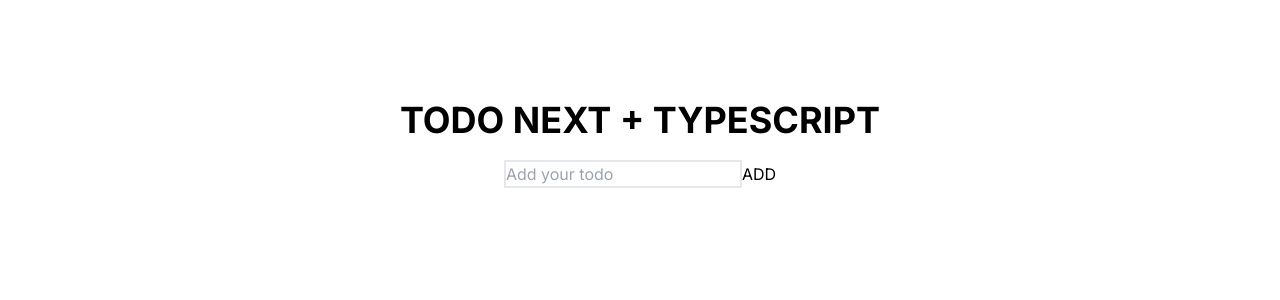
Repository: mehh000/next-ts-todo
Page: /
These files come from the project's save history. The page is drawn as it stood at one moment and after the next save; the edit follows.
The browser window is 1280 px wide. The pictures show the whole page.
The project was rebuilt for these pictures with package versions that can differ from the ones it lists, and the page was loaded fresh each time. The framework's server and built-in components were replaced by stand-ins that run in the browser. Also part of the build but not shown: next.config.mjs.

Above is the page before, as saved 2024-06-15 19:48:58.

### src/app/layout.tsx
import type { Metadata } from "next";
import { Inter } from "next/font/google";
import "./globals.css";
import { TodoProvider } from "./Context/store/add-todos";

const inter = Inter({ subsets: ["latin"] });

export const metadata: Metadata = {
  title: "Create Next App",
  description: "Generated by create next app",
};

export default function RootLayout({
  children,
}: Readonly<{
  children: React.ReactNode;
}>) {
  return (
    <html lang="en">
      <body className={inter.className}>
        <TodoProvider>{children}</TodoProvider>
      </body>
    </html>
  );
}

### src/app/page.tsx
import TODOS from "@/components/TODOS";
import AddTODO from "@/components/add-todo";
import React from "react";

const Page = () => {
  return (
    <main className="flex items-center flex-col mt-[100px] gap-5 " >
      <h2 className=" font-bold text-4xl  ">TODO NEXT + TYPESCRIPT</h2>
      <AddTODO />
      <TODOS />
    </main>
  );
};

export default Page;

### src/app/Context/store/add-todos.tsx
'use client'


import { ReactNode, createContext, useContext, useState } from "react";

export type Todo = {
  id: string;
  task: string;
  completed: boolean;
  createdAt: Date;
};

type TodosContextType = {
  todos: Todo[];
  handleAddTodo: (task: string) => void;
  toggleTodosCompleted: (id: string) => void;
  handleTodoClicke: (id: string) => void;
};

//i made the context now need tp make the Provider
export const todosContext = createContext<TodosContextType | undefined>(
  undefined
);

//this is the  provider

export const TodoProvider = ({children}: { children: ReactNode }) => {
  const [todos, setTodos] = useState<Todo[]>([]);

  const handleAddTodo = (task: string) => {
    const newTodo: Todo = {
      id: Math.random().toString(),
      task,
      completed: false,
      createdAt: new Date(),
    };
    setTodos((prevTodos) => [newTodo, ...prevTodos]);
  };


  const toggleTodosCompleted = (id: string) => {
    setTodos((prevTodos) =>
      prevTodos.map((todo) =>
        todo.id === id ? { ...todo, completed: !todo.completed } : todo
      )
    );
  };

  const handleTodoClicke = (id: string) => {
    setTodos((prevTodos) => prevTodos.filter((todo) => todo.id !== id));
  };

  return (
    <todosContext.Provider value={{
      todos,
     handleAddTodo,
     toggleTodosCompleted,
     handleTodoClicke,
      }}>
      {children}
    </todosContext.Provider>
  );
};
export const useTodoContext = () => useContext(todosContext)

### src/components/TODOS.tsx
"use client";

import React from "react";
import { useTodoContext } from "@/app/Context/store/add-todos";

const TODOS = () => {
  const { todos,toggleTodosCompleted,handleTodoClicke } = useTodoContext();
  const fltertodo = todos;

  return (
    <ul className="">
      {fltertodo.map((todo) => {
        return (
          <li className="" key={todo.id}>
            <input
              type="checkbox"
              name=""
              id={`todo-${todo.id}`}
              checked={todo.completed}
              onChange={() => toggleTodosCompleted(todo.id)}
            />
            <label htmlFor={`todo-${todo.id}`}>{todo.task}</label>
            {todo.completed && (
              <button type="button" onClick={() => handleTodoClicke(todo.id)}>
                Delete
              </button>
            )}
          </li>
        );
      })}
    </ul>
  );
};

export default TODOS;

### src/components/add-todo.tsx
// components/AddTODO.tsx

'use client';

import React, { useState } from "react";
import { useTodoContext } from "@/app/Context/store/add-todos"; // Adjust the path according to your project structure

const AddTODO: React.FC = () => {
  const { handleAddTodo } = useTodoContext();

  const [todo, setTodo] = useState<string>("");

  const handleSubmit = (e: React.FormEvent<HTMLFormElement>) => {
    e.preventDefault();
    handleAddTodo(todo);
    setTodo("");
  };

  return (
    <form onSubmit={handleSubmit} className="">
      <input
        type="text"
        placeholder="Add your todo"
        className=" border-2 text- "
        value={todo}
        onChange={(event) => setTodo(event.target.value)}
      />
      <button type="submit" className="">
        ADD
      </button>
    </form>
  );
};

export default AddTODO;

Loaded but not shown: src/app/globals.css (common file); tailwind.config.ts (common file)

After the next save:
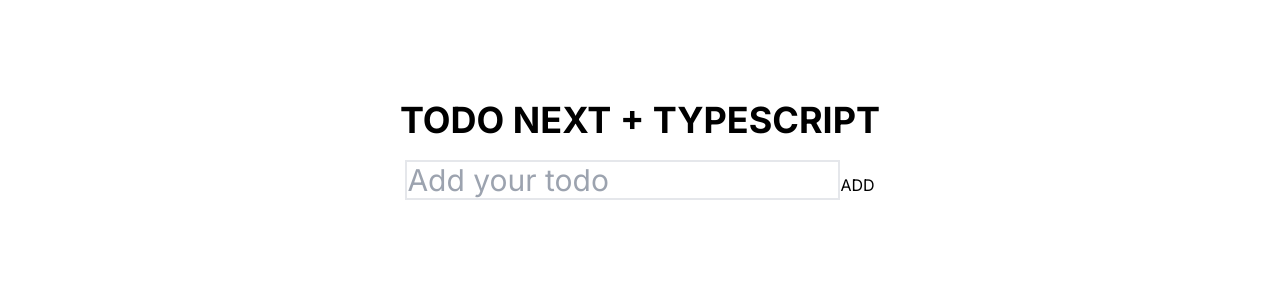
Saved 7 s later.
--- a/src/components/add-todo.tsx
+++ b/src/components/add-todo.tsx
@@ -21,7 +21,7 @@ const AddTODO: React.FC = () => {
       <input
         type="text"
         placeholder="Add your todo"
-        className=" border-2 text- "
+        className=" border-2 text-3xl "
         value={todo}
         onChange={(event) => setTodo(event.target.value)}
       />
